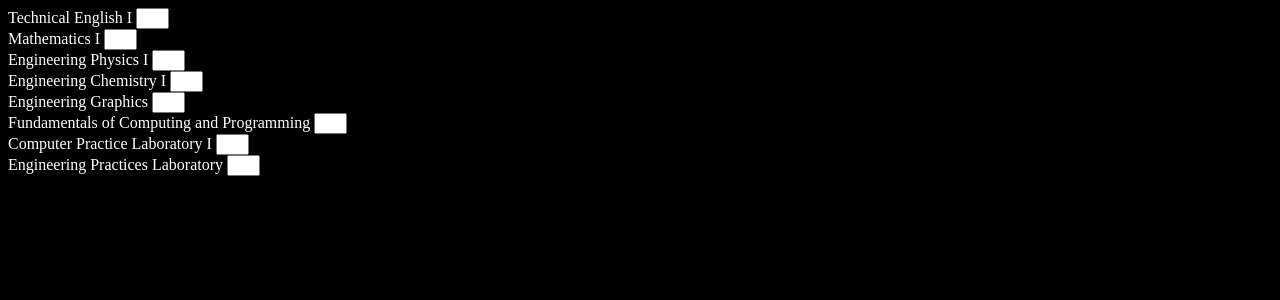
Repository: vigineshs/Mobile-Applications
Page: AnnaUniv GPA Calc/AnnaUniv GPA Calculator w/assets/www/it08sem1.html
These files come from the project's save history. The page is drawn as it stood at one moment and after the next save; the edit follows.
The browser window is 1280 px wide. The pictures show the whole page.

Above is the page before, as saved 2012-05-03 10:48:53.

### AnnaUniv GPA Calc/AnnaUniv GPA Calculator w/assets/www/it08sem1.html
<!DOCTYPE HTML>
<html>
<head>
<title>PhoneGap</title>
<script type="text/javascript" charset="utf-8" src="/AnnaUniv GPA Calculator/assets/www/cordova-1.7.0.js"></script>
<script type="text/javascript">
function f()
{
var t1=document.t1.value;
if(t1 == 'S')
var s = 10*4;
document.write(s);
}
</script>

</head>
<body style="background-color:black; color:white" >
<form>
Technical English I <input type="text" size="1" name="t1" /> <br />
Mathematics I <input type="text" size="1" name="t2" /> <br />
Engineering Physics I <input type="text" size="1" name="t3" /> <br />
Engineering Chemistry I <input type="text" size="1" name="t4" /> <br />
Engineering Graphics <input type="text" size="1" name="t5" /> <br />
Fundamentals of Computing and Programming <input type="text" size="1" name="t6" /> <br />
Computer Practice Laboratory I <input type="text" size="1" name="t7" /> <br />
Engineering Practices Laboratory <input type="text" size="1" name="t8" /> <br />
</form>
</body>
</html>

Loaded but not shown: AnnaUniv GPA Calc/AnnaUniv GPA Calculator w/assets/www/cordova-1.7.0.js (library)

After the next save:
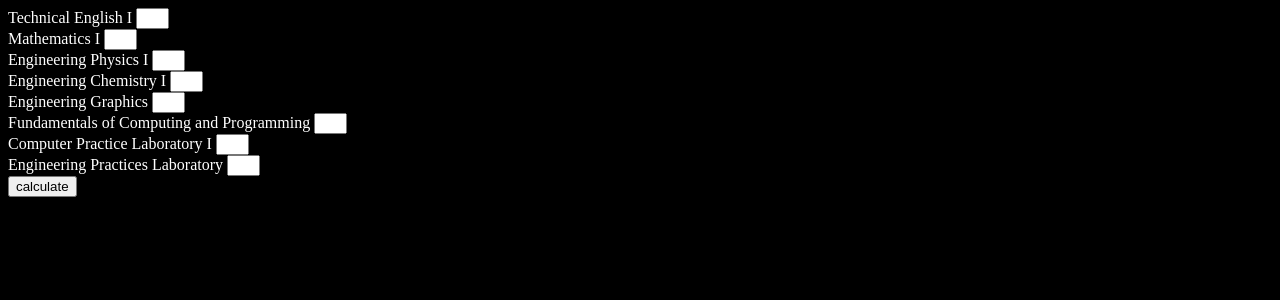
Saved 89 s later.
--- a/AnnaUniv GPA Calc/AnnaUniv GPA Calculator w/assets/www/it08sem1.html
+++ b/AnnaUniv GPA Calc/AnnaUniv GPA Calculator w/assets/www/it08sem1.html
@@ -24,6 +24,7 @@ Engineering Graphics <input type="text" size="1" name="t5" /> <br />
 Fundamentals of Computing and Programming <input type="text" size="1" name="t6" /> <br />
 Computer Practice Laboratory I <input type="text" size="1" name="t7" /> <br />
 Engineering Practices Laboratory <input type="text" size="1" name="t8" /> <br />
+<input type="submit" onsubmit="f();" value="calculate" />
 </form>
 </body>
 </html>
